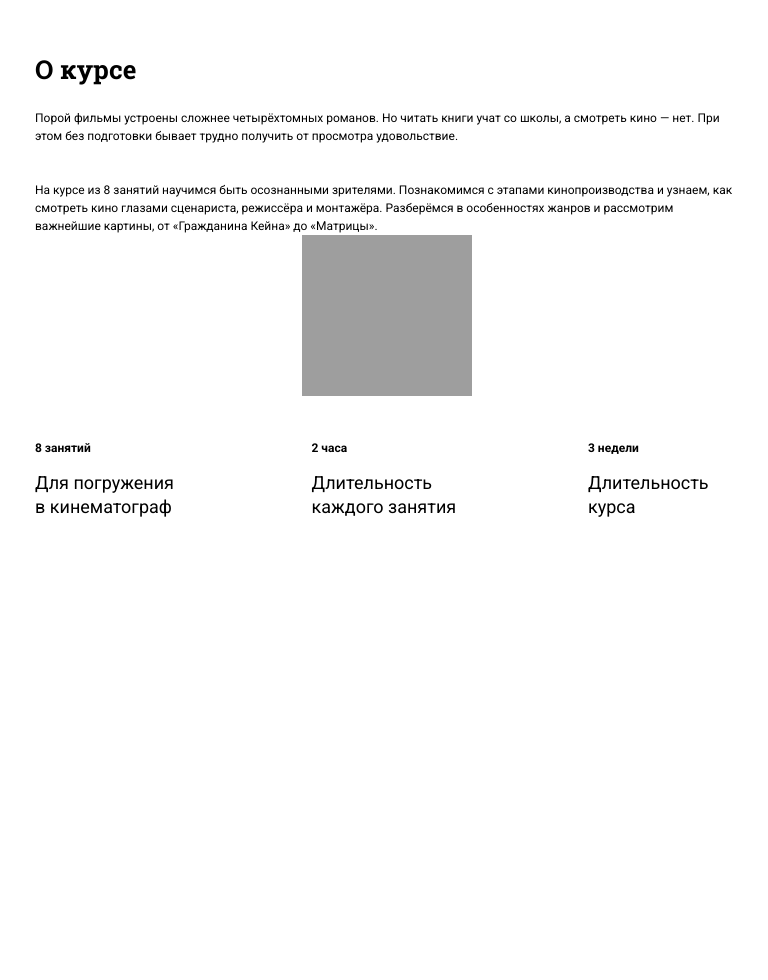
Repository: PoladEziz/Task1
Page: index.html
The author's editor kept a copy of each file at every save. The page is drawn from the files as they stood at one save, then again after a run of saves.
The browser window is 768 px wide. The pictures show the whole page.
Pictures or frames that could not be fetched are drawn as grey boxes.

Above is the page before, as saved 2023-04-27 17:59:48.

After the next 3 saves:
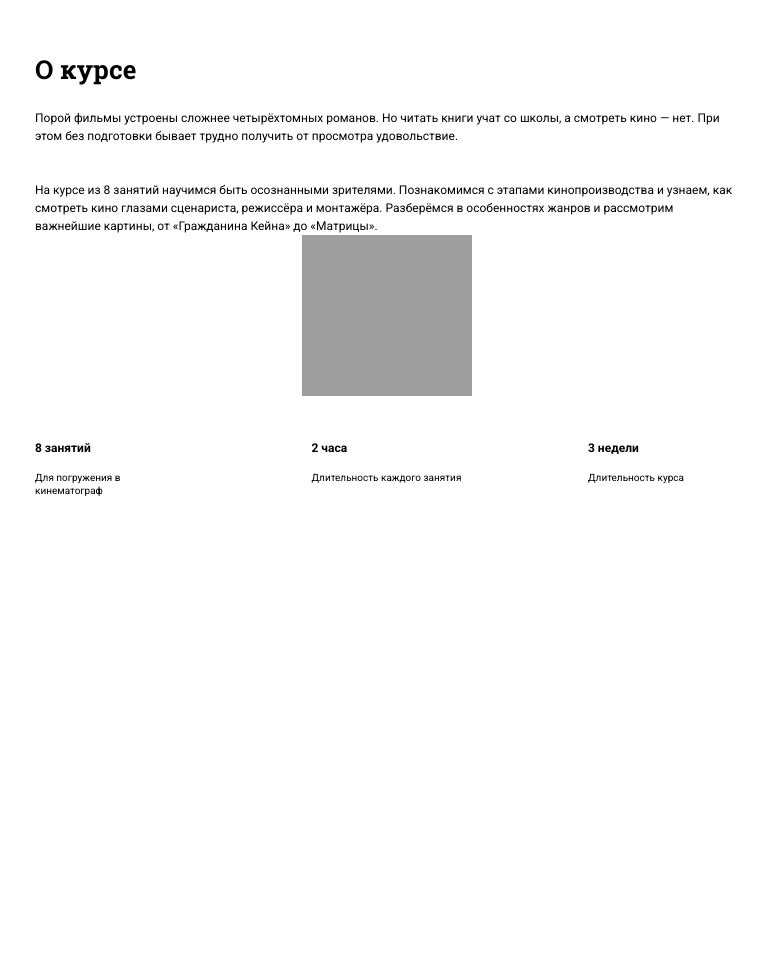
The 3 saves are shown as one change because they came seconds apart.
The last was saved 6 min 39 s later.
--- a/index.css
+++ b/index.css
@@ -153,4 +153,7 @@
   .box-2 ul li h3 {
     font-size: 12px;
   }
+  .box-2 ul li p{
+    font-size: 10px;
+  }
 }
